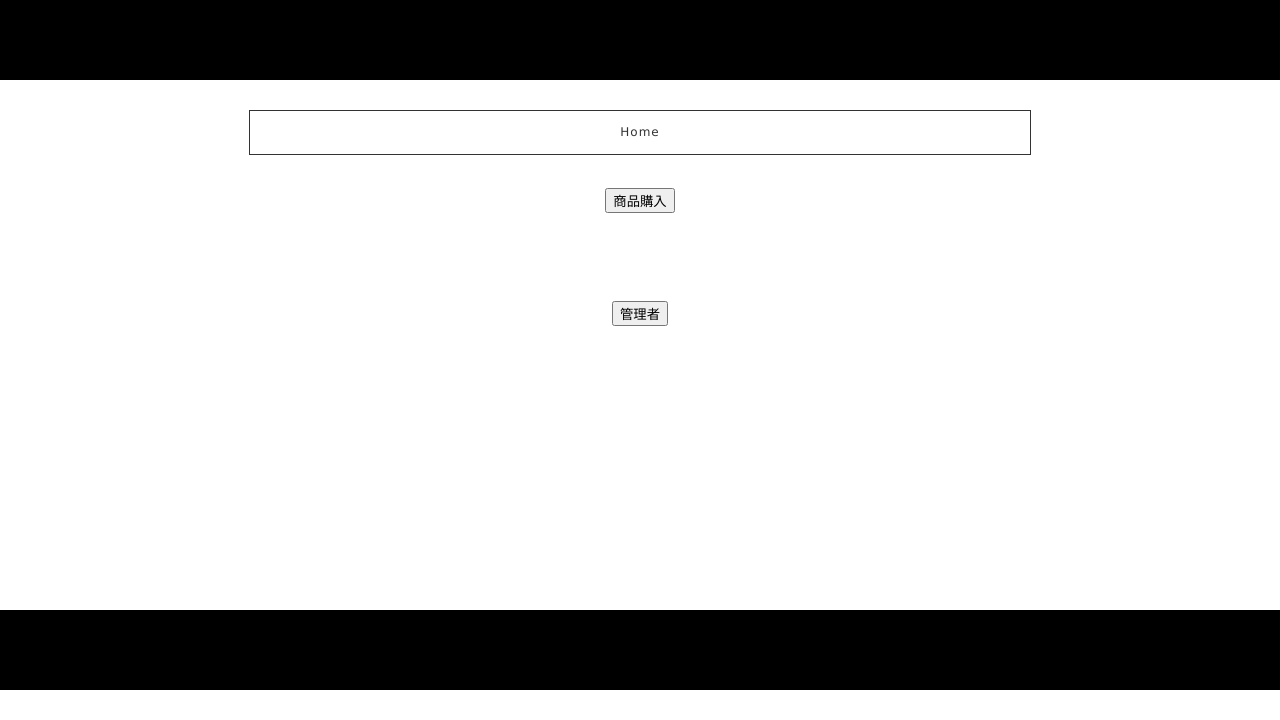
Repository: user-yo-yo/test
Page: http://localhost/ecsite/GoHomeAction.action
An editor plug-in stored every save of this project. The page is shown before and after the next save, followed by the edit.
The browser window is 1280 px wide. The pictures show the whole page.
The page is served by Tomcat 9. Other server files are loaded and not shown.

Above is the page before, as saved 2019-03-11 06:45:30.

### ecsite/WebContent/home.jsp
<%@ page language="java" contentType="text/html; charset=UTF-8"
    pageEncoding="UTF-8"%>
<%@ taglib prefix="s" uri="/struts-tags"%>
<!DOCTYPE html>
<html>
<head>
<meta http-equiv="Content-Type" content="text/html; charset=UTF-8" />
<meta http-equiv="Content-Style-Type" content="text/css" />
<meta http-equiv="Content-Script-Type" content="text/javascript" />
<meta http-equiv="imagetoolbar" content="no" />
<meta name="description" content="" />
<meta name="keywords" content="" />
<title>Home画面</title>

<style type="text/css">
/* ========TAG LAYOUT======== */
body{
	margin:0;
	padding:0;
	line-height:1.6;
	letter-spacing:1px;
	font-family:Verdana,Helvetica,sans-serif;
	font-size:12px;
	color:#333;
	background:#fff;
}

table{
	text-align:center;
	margin:0 auto;
}

/* ========ID LAYOUT======== */
#top{
	width:780px;
	margin:30px auto;
	border:1px solid #333;
}

#header{
	width:100%;
	height:80px;
	background-color:black;
}

#main{
	width:100%;
	height:500px;
	text-align:center;
}

#footer{
	width:100%;
	height:80px;
	background-color:black;
	clear:both;
}

#text-center{
	display:inline-block;
	text-align:center;
}

</style>

</head>
<body>
	<div id="header">
		<div id="pr">
		</div>
	</div>
	<div id="main">
		<div id="top">
			<p>Home</p>
		</div>
		<div id="text-center">
			<s:form action="HomeAction">
				<s:submit value="商品購入" />
			</s:form>
			<s:if test="#session.id != null">
				<p>ログアウトする場合は
				<a href='<s:url action="LogoutAction" />'>こちら</a>
				</p>
			</s:if>
			<p><br><br><br></p>
			<s:form action="AdminAction">
				<s:submit value="管理者" />
			</s:form>
		</div>
	</div>
	<div id="footer">
		<div id="pr">
		</div>
	</div>
</body>
</html>

After the next save:
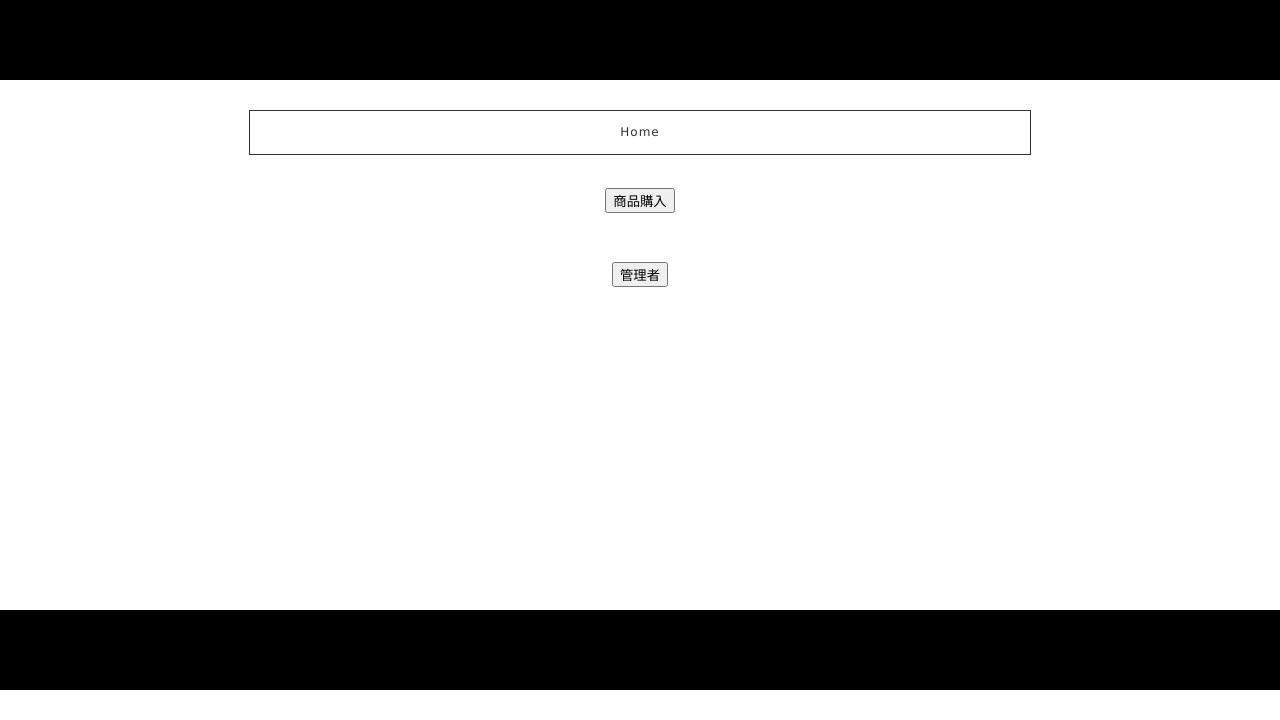
Saved 45 s later.
--- a/ecsite/WebContent/home.jsp
+++ b/ecsite/WebContent/home.jsp
@@ -82,7 +82,7 @@
 				<a href='<s:url action="LogoutAction" />'>こちら</a>
 				</p>
 			</s:if>
-			<p><br><br><br></p>
+			<p><br></p>
 			<s:form action="AdminAction">
 				<s:submit value="管理者" />
 			</s:form>
